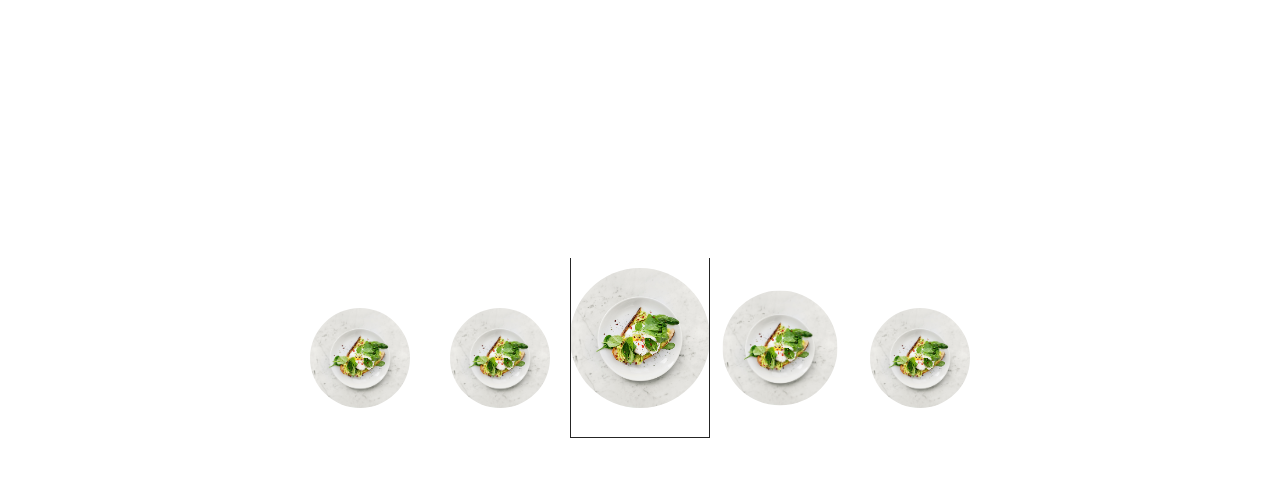
Repository: nambui98/slider
Page: /
These files come from the project's save history. The page is drawn as it stood at one moment and after the next save; the edit follows.
The browser window is 1280 px wide. The pictures show the whole page.
The project was rebuilt for these pictures with package versions that can differ from the ones it lists, and the page was loaded fresh each time. Also part of the build but not shown: vite.config.ts.

Above is the page before, as saved 2022-04-12 10:50:35.

### src/App.tsx
import { useState } from 'react'
import Horizolsider from './components/horizolslider/Horizolsider'
import logo from './logo.svg'
import './App.css'
import "slick-carousel/slick/slick.css";
import "slick-carousel/slick/slick-theme.css";
function App() {
  const [count, setCount] = useState(0)

  return (
    <div className="App">
      <Horizolsider />
    </div>
  )
}

export default App

### src/components/horizolslider/Horizolsider.tsx
import React, { useEffect, useRef, useState } from 'react'
import styled from 'styled-components'
import Slider from "react-slick";
import image1 from '../../assets/images/pexels-daria-shevtsova-1095550.jpg'

type Props = {}

const Wrapper = styled.div`
    width: 700px;
    /* margin: auto; */
`
const Item = styled.div`
    height: 150px;
    margin-top: 50px;
    transition: all .3s;
    position: relative;
    /* display: flex !important;
    justify-content: center;
    align-items: flex-end;
    margin-bottom: 100px; */
    /* position: relative;
     */
    /* margin: 0 15px; */
    .info{
        visibility: hidden;
        width: 100%;
        border: 1px solid #252525;
        height: 200px;
        position: absolute;
        z-index: 1000;
        bottom: 0;
    }
    img{
        object-fit: cover;
        margin: 0 auto;
        /* width: 100px;
        height: 100px; */
        width: 100px;
        height: 100px;
        border-radius: 50%;
        transition: all .3s;
    }
    &.active{
        /* width: 150px;
        height: 100px; */
        /* height: 200px; */
        margin-top: 30px;
        img{

            /* width: 100%; */
            transform: scale(1.4)
        }
        .info{
            visibility: visible;
        }
    }
    &.near{
        /* width: 150px;
        height: 100px; */
        /* height: 200px; */
        margin-top: 40px;
        img{

            /* width: 100%; */
            transform: scale(1.15)
        }


    }
`
const Horizolsider = (props: Props) => {
    const [activeIndex, setActiveIndex] = useState<number>(0);
    const settings = {
        className: "listItem",
        dots: false,
        infinite: true,
        speed: 500,
        slidesToShow: 5,
        slidesToScroll: 1,
        centerMode: true,
        focusOnSelect: true,
        centerPadding: '0px',
        // adaptiveHeight: true,
        beforeChange: (current: any, next: any) => {
            setActiveIndex(next)

        },
    };

    return (
        <div style={{ display: "flex", height: "100vh", justifyContent: "center", alignItems: "center" }}>
            <Wrapper>
                <Slider {...settings}>
                    {
                        [...Array(10).keys()].map((i, index) =>
                            <Item className={`${index === activeIndex ? "active" : (activeIndex - index) === 1 || (index - activeIndex) === 1 ? "near" : ""}`}>
                                <img src={image1} alt="" />
                                <div className="info">info {i}</div>
                            </Item>
                        )
                    }
                </Slider>
            </Wrapper>
        </div>
    )
}
export default Horizolsider

### src/App.css
*{
  padding: 0;
  margin: 0;
  box-sizing: border-box;
}
.listItem{

}

Loaded but not shown: index.html (common file); src/main.tsx (common file); src/index.css (common file)

After the next save:
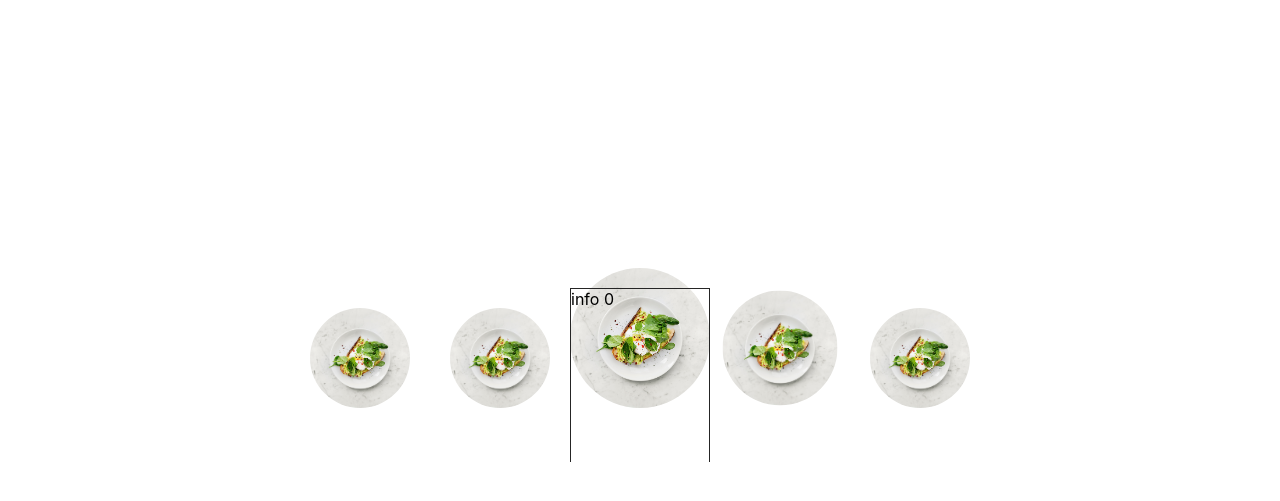
Saved 10 s later.
--- a/src/components/horizolslider/Horizolsider.tsx
+++ b/src/components/horizolslider/Horizolsider.tsx
@@ -28,7 +28,7 @@ const Item = styled.div`
         height: 200px;
         position: absolute;
         z-index: 1000;
-        bottom: 0;
+        top: 0;
     }
     img{
         object-fit: cover;
